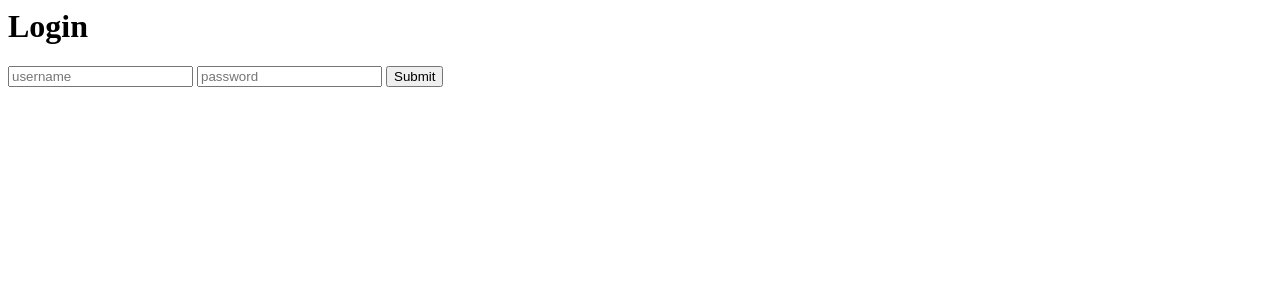
Repository: karanagg262/The-Web-Development-Bootcamp
Page: http://localhost/login
The author's editor kept a record of every edit. The page is drawn from the files as they stood at one moment, then again after the next edit.
The browser window is 1280 px wide. The pictures show the whole page.
The page is served by the project's Node server (Authentication/Authdemo/app.js). Other server files are loaded and not shown.

Above is the page before.

### Backend and full scale projects/Authentication/Authdemo/views/login.ejs
<h1>Login</h1>

<form action="/login" method="POST">
    <input type="text" name="username" placeholder="username">
    <input type="password" name="password" placeholder="password">
    <button>Submit</button>
</form>

### Backend and full scale projects/Authentication/Authdemo/app.js
var express = require("express"),
    mongoose = require("mongoose"),
    bodyparser = require("body-parser"),
    passport = require("passport"),
    localstartegy = require("passport-local"),
    user = require("./models/user"),
    passportlocalmongoose =  require("passport-local-mongoose"),
    app = express();

mongoose.connect('mongodb://localhost:27017/authdemoapp', {useNewUrlParser: true, useUnifiedTopology: true});
app.set('view engine', 'ejs');
app.use(require("express-session")({
   secret: "Rusty is worst dog",
   resave: false,
   saveUninitialized: false
}));
app.use(passport.initialize());
app.use(passport.session());
app.use(bodyparser.urlencoded({extended: true}));

passport.use(new localstartegy(user.authenticate()));
passport.serializeUser(user.serializeUser());
passport.deserializeUser(user.deserializeUser());


//ROUTES

app.get("/", function(req, res){
   res.render("home");
});

app.get("/secret", isloggedin, function(req, res){
    res.render("secret");
})

//Auth routes

//SignUp Routes
app.get("/register", function(req, res) {
    res.render("register");
});

app.post("/register", function(req, res){
    user.register(new user({username: req.body.username}), req.body.password, function(err, user){
      if(err){
          console.log(err);
          return res.render("/register");
      }
    passport.authenticate("local")(req, res, function(){
        res.redirect("/secret");
    });
  });
});


//Login Routes
app.get("/login", function(req, res) {
    res.render("login");
});

app.post("/login", passport.authenticate("local" ,{
    successRedirect: "/secret",
    failureRedirect: "/login"
}), function(req, res){
});

app.get("/logout", function(req, res) {
    req.logout();
    res.redirect("/");
});

function isloggedin(req, res, next){
    if(req.isAuthenticated()){
        return next();
    }
    res.redirect("/login");
}
app.listen(process.env.PORT, process.env.IP, function(){
    console.log("Event Started");
})

After the next edit:
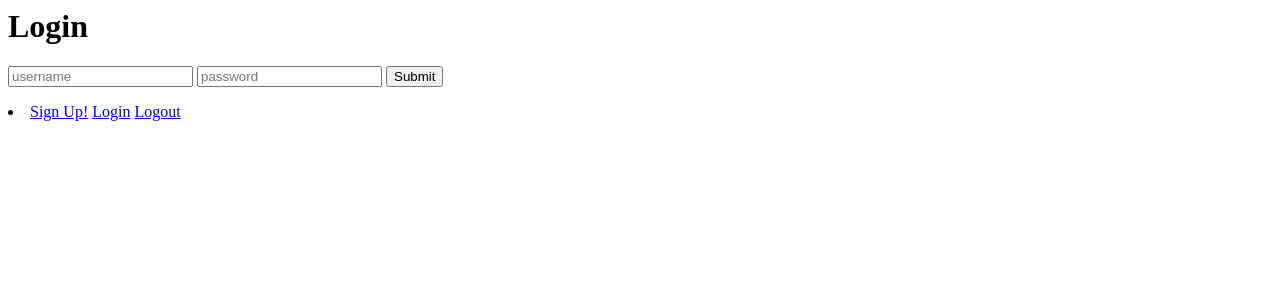
The edit:
--- a/Backend and full scale projects/Authentication/Authdemo/views/login.ejs
+++ b/Backend and full scale projects/Authentication/Authdemo/views/login.ejs
@@ -5,3 +5,8 @@
     <input type="password" name="password" placeholder="password">
     <button>Submit</button>
 </form>
+
+<li><a href="/register">Sign Up!</a>
+    <a href="/login">Login</a>
+    <a href="/logout">Logout</a>
+</li>
